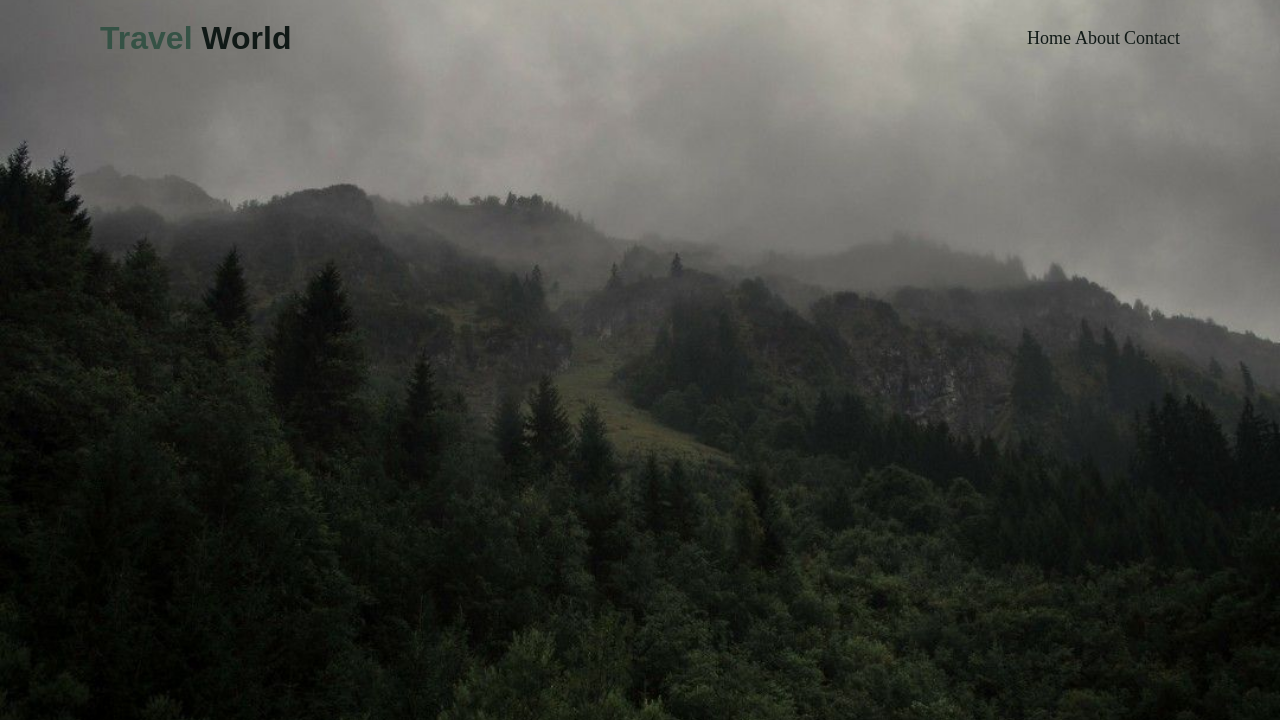
Repository: Haakim19/TravelWorld
Page: html/index.html
An editor plug-in stored every save of this project. The page is shown before and after the next save, followed by the edit.
The browser window is 1280 px wide. The pictures show the whole page.

Above is the page before, as saved 2024-10-30 23:49:25.

### html/index.html
<!DOCTYPE html>
<html lang="en">
<head>
    <meta charset="UTF-8">
    <meta name="viewport" content="width=device-width, initial-scale=1.0">
    <title>Travel World</title>
    <link rel="stylesheet" href="../css/main.css">
</head>
<body>
    <header class="header">
        <h1 class="name">Travel <span>World</span></h1>
        <nav class="navbar">
                <a href="#">Home</a>
                <a href="#">About</a>
                <a href="#">Contact</a>
        </nav>
    </header>
    <!-- <img src="../assets/mirissa.jpg" alt=""> -->
    <!-- <div class="main-content">
        <div class="content">
            <h1>Sri Lanka</h1>
            <h2>Uncover the Wonders of the Pearl Island!</h2>
            <p>Discover the essence of Sri Lanka with a team that knows every hidden gem and iconic wonder! Our mission is to turn your trip into a blend of relaxation, excitement, and cultural discovery. From misty highlands and golden shores to rich heritage sites, our custom tours celebrate Sri Lanka’s breathtaking diversity. Get ready to make memories you’ll cherish forever as we take care of every detail for a truly magical journey!</p>
        </div>
        <div class="hover-card">
            <div id="card1">
                <div id="image-slider">
                    <img src="../assets/arugam bay.jpg" alt="">
                </div>
                <div id="card-content">
                    <h3><B>Pristine Beaches</B></h3>
                    <p> Golden sands and crystal-clear waters perfect for relaxation and water sports.</p>
                </div>
            </div>
            <div id="card2">
                <div id="image-slider">
                    <img src="../assets/teafeald.avif" alt="teafeald">
                    <img src="../assets/teafeald2.avif" alt="teafeald">
                </div>
                <div id="card-content">
                    <h3><B>Lush Tea Plantations</B></h3>
                    <p> Explore scenic hillsides and savor world-renowned Ceylon tea.</p>
                </div>
            </div>
            <div id="card3">
                <div id="image-slider">
                    <img src="../assets/temple.jpg" alt="temple">
                    <img src="../assets/ruins.webp" alt="">
                    <img src="../assets/temple3.jpg" alt="">
                </div>
                <div id="card-content">
                    <h3><B>Ancient Temples & Ruins</B></h3>
                    <p> Dive into a rich history with UNESCO heritage sites and sacred relics.</p>
                </div>
            </div>
            <div id="card4">
                <div id="image-slider">
                    <img src="../assets/yala.jpg" alt="">
                    <img src="../assets/wildlife.webp" alt="">
                    <img src="../assets/wildlife02.jpg" alt="">
                    <img src="../assets/wildlife04.jpg" alt="">
                </div>
                <div id="card-content">
                    <h3><B>Wildlife Safaris</B></h3>
                    <p> Encounter elephants, leopards, and exotic birds in diverse national parks.</p>
                </div>
            </div>
            <div id="card5">
                <div id="image-slider">
                    <img src="../assets/Ella02.jpg" alt="Ella">
                    <img src="../assets/Hanthana.jpg" alt="">
                    <img src="../assets/mountains02.jpg" alt="">
                </div>
                <div id="card-content">
                    <h3><B>Mountain Escapes</B></h3>
                    <p> Misty highlands with waterfalls, hiking trails, and cool climates.</p>
                </div>
            </div>
            <div id="card6">
                <div id="image-slider">
                    <img src="../assets/festivel.jpg" alt="">
                    <img src="../assets/festivel02.jpg" alt="">
                </div>
                <div id="card-content">
                    <h3><B>Cultural Festivals</B></h3>
                    <p> Vibrant celebrations showcasing traditional dance, music, and customs.</p>
                </div>
            </div>
            <div id="card7">
                <div id="image-slide">
                    <img src="../assets/cuisine.jpeg" alt="">
                    <img src="../assets/cuisine02.jpeg" alt="">
                    <img src="../assets/cuisine03.jpg" alt="">

                </div>
                <div id="card-content">
                    <h3><B>Flavorful Cuisine</B></h3>
                    <p> Delight in spicy curries, fresh seafood, and tropical fruits.</p>
                </div>
            </div>

        </div>
    </div>
    <div class="footer">
        <div id="icon">
            <img src="../assets/twitter.png" alt="twitter">
            <img src="../assets/facebook.png" alt="facebook">
            <img src="../assets/instagram.png" alt="instagram">
            <img src="../assets/whatsapp.png" alt="whatsapp">
        </div>
    </div> -->
</body>
</html>

### css/main.css
*{
    --color1: #101916;
    --color2:#355245;
    --color3:#afc186;
    --color4:#648374;
    --color5:#e3e5d8;
    --font01:Marker Felt, fantasy;
    --font02:cursive;
    --font03:DejaVu Sans Mono, monospace;
    --font04:Comic Sans MS, cursive;
    margin: 0;
    padding: 0;
    box-sizing: border-box;
}
body{
    min-height: 100vh;
    /* background: url('https://i.pinimg.com/564x/c7/36/f8/c736f83436d84ddc039fe42de40c8ec7.jpg'); */
    background:url('../assets/bg.jpg') no-repeat;
    background-size: cover;
    background-position: center;
}
.header{
    position: fixed;
    top: 0;
    left: 0;
    width: 100%;
    padding: 20px 100px;
    display: flex;
    background:transparent;
    justify-content:space-between;
    align-items: center;
    z-index: 100;
}
.name{
    font-family: "poppins", sans-serif;
    font-size: 32px;
    color: var(--color2);
    text-decoration: none;
    font-weight: 700;
}
.name span{
    color: var(--color1);
}
.navbar a{
    position: relative;
    font-size: 18px;
    color: var(--color1);
    text-decoration: none;
    font-weight: 500;
    /* margin-left: 30px; */
}
.navbar a::before{
    content: '';
    position: absolute;
    top: 100%;
    width: 0;
    left: 0;
    height: 2.5px;
    border-radius:100%;
    background: var(--color1);
}
.navbar a:hover::before{
    width: 100%;
    transition: 0.3s;
}
/* div #hedding{
    display: flex;;
    align-items: center;
    justify-content: center;
    padding: 40px;
    padding-left: 20px;
    padding-right: 20px;
}
#hedding h1{
    color: var(--color5);
    font-family: var(--font04);
    font-size: 35px;
    flex: content;
    gap: -20px;
    padding-left: 10%;
    padding-right: 10%;
}
#hedding span{
    color: var(--color1);
}
nav{
    display: flex;
    align-items: center;
    justify-content:center;
    word-spacing: 5px;
    gap: 100px;
    padding-left: 10%;
    padding-right: 10%;
}
nav ul li{
    list-style-type: none;
    display: inline-block;
    padding: 10px 20px;
}
nav ul li a{
    color: var(--color3);
    text-decoration: none;
    font-weight: bold;
    color: var(--color5);
    font-size: 20px;
    font-family: var(--font03);
}
nav ul li a:hover{
    color: var(--color1);
    transition: 0.3s;
}  */

After the next save:
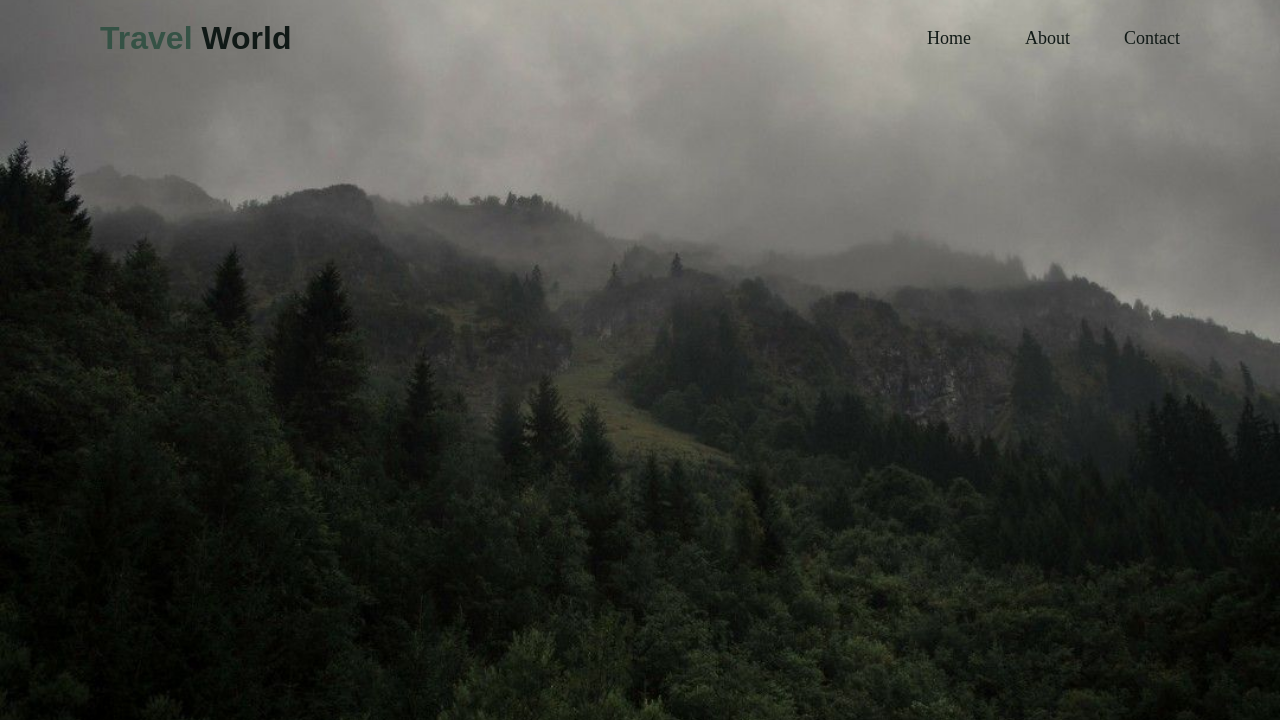
Saved 11 s later.
--- a/css/main.css
+++ b/css/main.css
@@ -47,7 +47,7 @@ body{
     color: var(--color1);
     text-decoration: none;
     font-weight: 500;
-    /* margin-left: 30px; */
+    margin-left: 50px;
 }
 .navbar a::before{
     content: '';
